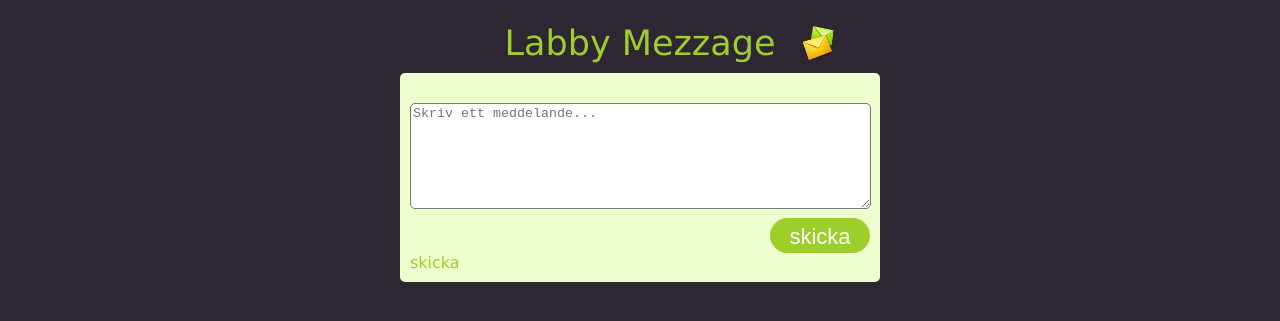
Repository: ad222kr/1dv403-laborationer
Page: 2-labbymezzage/index.html
The author's editor kept a record of every edit. The page is drawn from the files as they stood at one moment, then again after the next edit.
The browser window is 1280 px wide. The pictures show the whole page.

Above is the page before.

### 2-labbymezzage/index.html
<!DOCTYPE HTML>
<html lang="sv">
    <head>
        <meta charset="UTF-8" />
        <title>Laboration 2 - Labby Mezzage!</title>
        <link rel="stylesheet" href="css/style.css" />
        <script src="js/Message.js"></script>
        <script src="js/MessageBoard.js"></script>

    </head>

    <body>
        <div id ="container">
            <header><h1>Labby Mezzage</h1></header>
            <div id="content">
                <div id="messages"></div>
                <div id="numberofmess"></div>
                <form id="input">
                    <textarea id="textarea" name="textarea" placeholder="Skriv ett meddelande..."></textarea>
                    <input id="button" value="skicka" type="submit"/>skicka</button>
                </div>


            </div>
        </div>

    </body>
</html>

### 2-labbymezzage/css/style.css
body{
    background-color: #2E2633; /* Ändra sen */
    font-family: Verdana, Helvetica;
    color:#9dce2c;
}

h1{


    font-size: 35px;
    font-weight: normal;
}

header{
    background-image: url("pics/logo.png");
    background-size: 35px 35px;
    background-repeat: no-repeat;
    background-position: 90%;
    text-align: center;
    height: 40px;
    line-height: 40px;
    margin-bottom:10px;
}

#container{
    width: 480px;
    margin: 0px auto;
}

#content{
    background: #EFFFCD;
    border-color: #000000;
    padding: 10px;
    border-radius: 5px;
    -webkit-border-radius: 5px;
    -moz-border-radius: 5px;


}

#content textarea{
    width: 455px;
    height: 100px;
    -webkit-border-radius: 5px;
    -moz-border-radius: 5px;
    border-radius: 5px;
    margin-top:20px;
}

#button{
    border: 0px;
	background-color:#9dce2c;
	-webkit-border-top-left-radius:42px;
	-moz-border-radius-topleft:42px;
	border-top-left-radius:42px;
	-webkit-border-top-right-radius:42px;
	-moz-border-radius-topright:42px;
	border-top-right-radius:42px;
	-webkit-border-bottom-right-radius:42px;
	-moz-border-radius-bottomright:42px;
	border-bottom-right-radius:42px;
	-webkit-border-bottom-left-radius:42px;
	-moz-border-radius-bottomleft:42px;
	border-bottom-left-radius:42px;
	display:inline-block;
	color:#ffffff;
	font-size:22px;
	font-weight:normal;
	font-style:normal;
	height:35px;
	line-height:35px;
	width:100px;
	text-decoration:none;
	text-align:center;
	margin-left: 360px;
	margin-top: 5px;
}

#button:hover{
    background:-webkit-gradient( linear, left top, left bottom, color-stop(0.05, #8cb82b), color-stop(1, #9dce2c) );
	background:-moz-linear-gradient( center top, #8cb82b 5%, #9dce2c 100% );
	background-color:#8cb82b;
}

#button:active{
    position: relative;
    top: 1px;
}

#numberofmess{
    color: black;
    font-size: 12px;
    float: right;
}

### 2-labbymezzage/js/Message.js
"use strict";
function Message(message, date){


    this.getText = function(){
        return message;
    }
    this.setText = function(_text){
        message = _text;
    }
    this.getDate = function(){
        return date;
    }
    this.setDate = function(_date){
        date = _date;
    }
}

Message.prototype.toString = function(){
    return this.getText() +" (" + this.getDate() + " )";
}
Message.prototype.getHTMLtext = function(){
    var htmlText = this.getText();
    return htmlText.replace(/\n/g, "<br />");
}

### 2-labbymezzage/js/MessageBoard.js
"use strict";
var MessageBoard = {

    messages: [],

    init: function(){
        //Referens till submit-knappen
        var button = document.getElementById("button");

        console.log(MessageBoard.messages);

        // Referens till metoden så den körs när man klickar på knappn
        button.onclick = MessageBoard.createMessage;

    },

    createMessage: function(){
        alert("clicked");
        var input = document.getElementById("textarea").value;

        var mess = new Message(input, new Date());
        MessageBoard.messages.push(mess);
        MessageBoard.messages.forEach(function(message){
            console.log(message.getText());
        });
    }
};

window.onload = MessageBoard.init;

After the next edit:
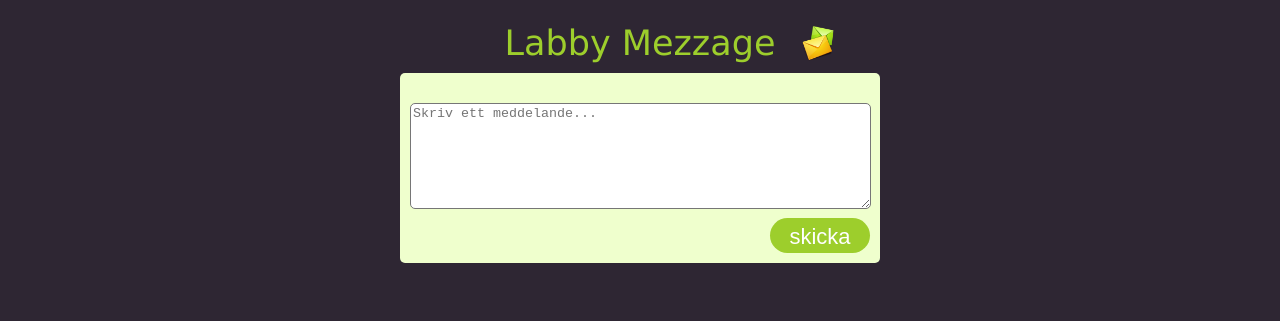
The edit:
--- a/2-labbymezzage/index.html
+++ b/2-labbymezzage/index.html
@@ -17,7 +17,8 @@
                 <div id="numberofmess"></div>
                 <form id="input">
                     <textarea id="textarea" name="textarea" placeholder="Skriv ett meddelande..."></textarea>
-                    <input id="button" value="skicka" type="submit"/>skicka</button>
+                    <button id="button" type="button"/>skicka</button>
+
                 </div>
 
 
